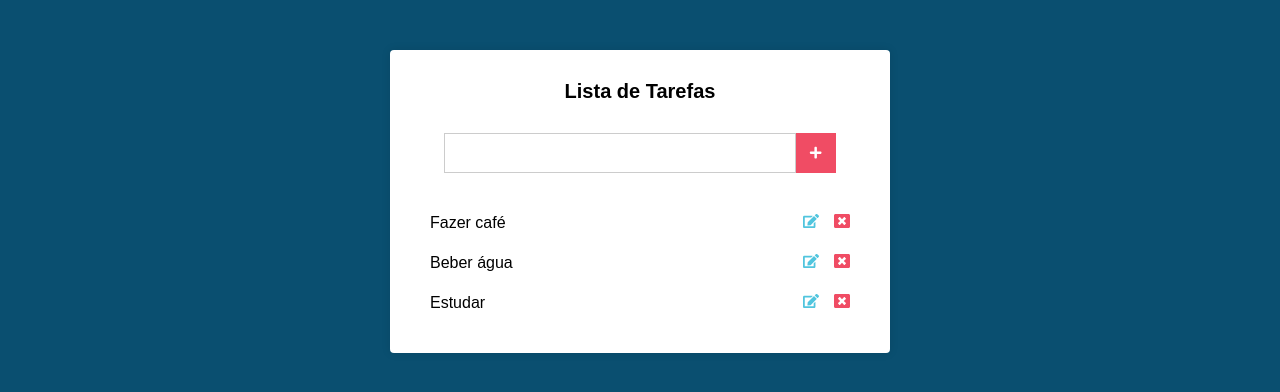
Repository: FellipeMiguel/lista-de-tarefas
Page: /
These files come from the project's save history. The page is drawn as it stood at one moment and after the next save; the edit follows.
The browser window is 1280 px wide. The pictures show the whole page.
The pointer rests on the first visible `.tasks li`.
The project was rebuilt for these pictures with package versions that can differ from the ones it lists, and the page was loaded fresh each time.

Above is the page before, as saved 2023-06-14 23:47:47.

### src/index.js
import React from "react"
import ReactDOM from "react-dom/client"

import App from "./App"

const root = ReactDOM.createRoot(document.getElementById("root"))
root.render(
  <React.StrictMode>
    <App />
  </React.StrictMode>,
)

### src/App.js
import Main from './components/Main'
import './App.css'

function App() {
  return <Main />
}

export default App

### src/components/Main.js
import React, { Component } from 'react'

// Form
import { FaPlus } from 'react-icons/fa'

// Tasks
import { FaEdit, FaWindowClose } from 'react-icons/fa'

import './Main.css'

export default class Main extends Component {
  state = {
    newTask: '',
    tasks: ['Fazer café', 'Beber água', 'Estudar'],
  }

  handleChange = (e) => {
    this.setState({ newTask: e.target.value })
  }

  render() {
    const { newTask, tasks } = this.state

    return (
      <div className="main">
        <h1>Lista de Tarefas</h1>

        <form action="#" className="form">
          <input value={newTask} onChange={this.handleChange} type="text" />
          <button type="submit">
            <FaPlus />
          </button>
        </form>

        <ul className="tasks">
          {tasks.map((task) => (
            <li key={task}>
              {task}
              <div>
                <FaEdit className="edit" />
                <FaWindowClose className="delete" />
              </div>
            </li>
          ))}
        </ul>
      </div>
    )
  }
}

### src/components/Main.css
.main {
  background: #fff;
  padding: 30px;
  margin: 50px auto;
  max-width: 500px;
  border-radius: 4px;
  box-shadow: 0 0 10px rgba(0, 0, 0, 0.1);
}

.main h1 {
  font-size: 20px;
  text-align: center;
}

.form {
  margin-top: 30px;
  display: flex;
  align-items: center;
  justify-content: center;
}

.form input[type="text"] {
  height: 40px;
  padding: 0 20px;
  font-size: 20px;
  border: 1px solid #ccc;
  min-width: 80%;
}

.form button[type="submit"] {
  border: none;
  height: 40px;
  width: 40px;
  background: #f04c64;
  color: #fff;
  display: flex;
  align-items: center;
  justify-content: center;
}

.tasks {
  margin-top: 30px;
}

.tasks li {
  display: flex;
  align-items: center;
  justify-content: space-between;
  padding: 10px;
}

.tasks li .edit {
  margin-right: 15px;
  color: #51c5de;
}

.tasks li .delete {
  color: #f04c64;
}

Loaded but not shown: public/index.html (common file); src/App.css (common file)

After the next save:
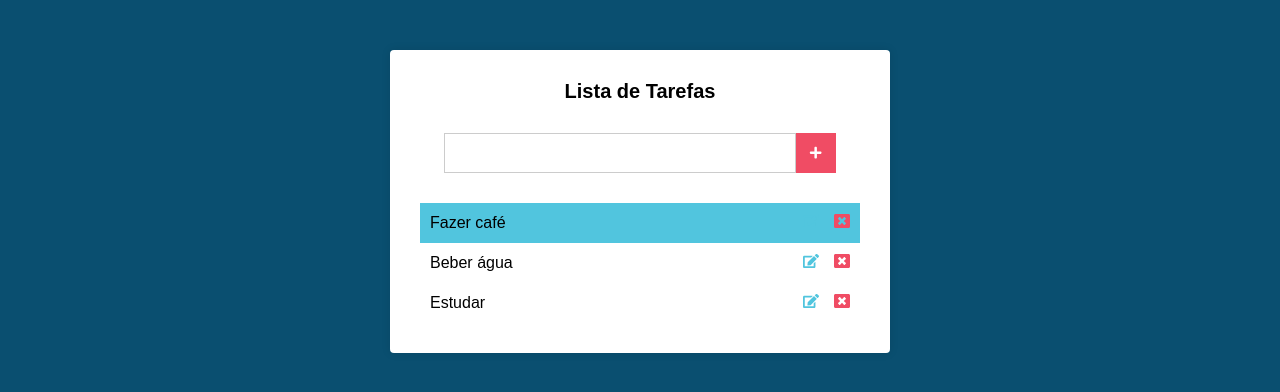
Saved 41 s later.
--- a/src/components/Main.css
+++ b/src/components/Main.css
@@ -49,6 +49,10 @@
   padding: 10px;
 }
 
+.tasks li:hover {
+  background: #51c5de;
+}
+
 .tasks li .edit {
   margin-right: 15px;
   color: #51c5de;
